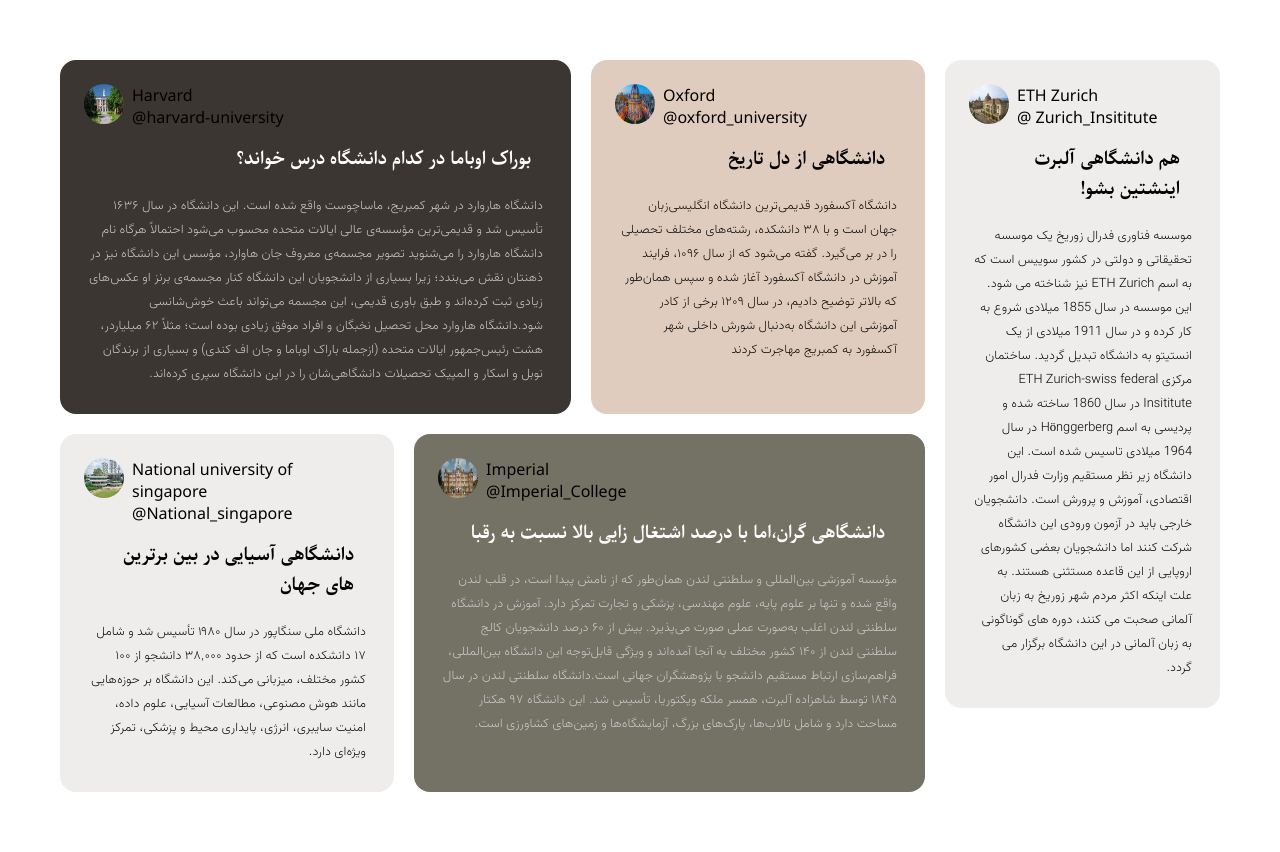
Repository: rahanwz/cards
Page: cards.html
The author's editor kept a copy of each file at every save. The page is drawn from the files as they stood at one save, then again after a run of saves.
The browser window is 1280 px wide. The pictures show the whole page.

Above is the page before, as saved 2024-02-17 16:55:22.

### cards.html
<!DOCTYPE html>
<html lang="en">
  <head>
    <meta charset="UTF-8" />
    <meta name="viewport" content="width=device-width, initial-scale=1.0" />
    <title>Document</title>
    <link rel="stylesheet" href="cards.css" />
  </head>
  <body>
    <div class="container">
      <div class="boxcard1">
        <div class="cardcontainer big-card">
          <div class="card1">
            <div class="head">
              <div class="profile">
                <div class="profilecontaner">
                  <img
                    src="harvard-university-6591e0b9df73096be8d614ee.webp"
                    alt=""
                  />
                </div>
              </div>

              <div>
                <div class="user">Harvard</div>
                <div class="id">@harvard-university</div>
              </div>
            </div>
            <div class="descrip1" style="color: #ffffff;">بوراک اوباما در کدام دانشگاه درس خواند؟</div>
            <div class="descrip2" style=" color: #d0d0d0;">
              دانشگاه هاروارد در شهر کمبریج، ماساچوست واقع شده است. این دانشگاه
              در سال ۱۶۳۶ تأسیس شد و قدیمی‌ترین مؤسسه‌ی عالی ایالات متحده محسوب
              می‌شود احتمالاً هرگاه نام دانشگاه هاروارد را می‌شنوید تصویر
              مجسمه‌ی معروف جان هاوارد، مؤسس این دانشگاه نیز در ذهنتان نقش
              می‌بندد؛ زیرا بسیاری از دانشجویان این دانشگاه کنار مجسمه‌ی برنز او
              عکس‌های زیادی ثبت کرده‌اند و طبق باوری قدیمی، این مجسمه می‌تواند
              باعث خوش‌شانسی شود.دانشگاه هاروارد محل تحصیل نخبگان و افراد موفق
              زیادی بوده است؛ مثلاً ۶۲ میلیاردر، هشت‌ رئیس‌جمهور ایالات متحده
              (ازجمله باراک اوباما و جان اف کندی) و بسیاری از برندگان نوبل و
              اسکار و المپیک تحصیلات دانشگاهی‌شان را در این دانشگاه سپری
              کرده‌اند.
            </div>
          </div>
        </div>

        <div class="cardcontainer small-card">
          <div class="card2">
            <div class="head">
              <div class="profile">
                <div class="profilecontaner">
                  <img
                    src="oxford-university-jpg-6591b422df73096be8d6145c.webp"
                    alt=""
                  />
                </div>
              </div>
              <div>
                <div class="user">Oxford</div>
                <div class="id">@oxford_university</div>
              </div>
            </div>
            <div class="descrip1">دانشگاهی از دل تاریخ</div>
            <div class="descrip2">
              دانشگاه آکسفورد قدیمی‌ترین دانشگاه انگلیسی‌زبان جهان است و با ۳۸
              دانشکده، رشته‌های مختلف تحصیلی را در بر می‌گیرد. گفته می‌شود که از
              سال ۱۰۹۶، فرایند آموزش در دانشگاه آکسفورد آغاز شده و سپس همان‌طور
              که بالاتر توضیح دادیم، در سال ۱۲۰۹ برخی از کادر آموزشی این دانشگاه
              به‌دنبال شورش داخلی شهر آکسفورد به کمبریج مهاجرت کردند
            </div>
          </div>
        </div>

        <div class="cardcontainer small-card">
          <div class="card3">
            <div class="head">
              <div class="profile">
                <div class="profilecontaner">
                  <img src="nus-6591f1acdf73096be8d61515.webp" alt="" />
                </div>
              </div>

              <div>
                <div class="user">National university of singapore</div>
                <div class="id">@National_singapore</div>
              </div>
            </div>
            <div class="descrip1">دانشگاهی آسیایی در بین برترین های جهان</div>
            <div class="descrip2">
              دانشگاه ملی سنگاپور در سال ۱۹۸۰ تأسیس شد و شامل ۱۷ دانشکده‌ است که
              از حدود ۳۸٬۰۰۰ دانشجو از ۱۰۰ کشور مختلف، میزبانی می‌کند. این
              دانشگاه بر حوزه‌هایی مانند هوش مصنوعی، مطالعات آسیایی، علوم داده،
              امنیت سایبری، انرژی، پایداری محیط و پزشکی، تمرکز ویژه‌ای دارد.
            </div>
          </div>
        </div>
        <div class="cardcontainer big-card">
          <div class="card4">
            <div class="head">
              <div class="profile">
                <div class="profilecontaner">
                  <img
                    src="imperial-college-london-6591e911df73096be8d614fb.webp"
                    alt=""
                  />
                </div>
              </div>

              <div>
                <div class="user">Imperial</div>
                <div class="id">@Imperial_College</div>
              </div>
            </div>
            <div class="descrip1" style="color: #ffffff;">
              دانشگاهی گران،اما با درصد اشتغال زایی بالا نسبت به رقبا
            </div>
            <div class="descrip2" style="color: #cfcfcf;">
              مؤسسه آموزشی بین‌المللی و سلطنتی لندن همان‌طور که از نامش پیدا
              است، در قلب لندن واقع شده و تنها بر علوم پایه، علوم مهندسی، پزشکی
              و تجارت تمرکز دارد. آموزش در دانشگاه سلطنتی لندن اغلب به‌صورت عملی
              صورت می‌پذیرد. بیش از ۶۰ درصد دانشجویان کالج سلطنتی لندن از ۱۴۰
              کشور مختلف به آنجا آمده‌اند و ویژگی قابل‌توجه این دانشگاه
              بین‌المللی، فراهم‌سازی ارتباط مستقیم دانشجو با پژوهشگران جهانی
              است.دانشگاه سلطنتی لندن در سال ۱۸۴۵ توسط شاهزاده آلبرت، همسر ملکه
              ویکتوریا، تأسیس شد. این دانشگاه ۹۷ هکتار مساحت دارد و شامل
              تالاب‌ها، پارک‌های بزرگ، آزمایشگاه‌ها و زمین‌های کشاورزی است.
            </div>
          </div>
        </div>
      </div>
      <div class="boxcard2">
        <div class="cardcontainer">
          <div class="card5">
            <div class="head">
              <div class="profile">
                <div class="profilecontaner">
                  <img src="zurich-eth-6591f083df73096be8d6150c.webp" alt="" />
                </div>
              </div>

              <div>
                <div class="user">ETH Zurich</div>
                <div class="id">@ Zurich_Insititute</div>
              </div>
            </div>
            <div class="descrip1" ">هم دانشگاهی آلبرت اینشتین بشو!</div>
            <div class="descrip2">
              موسسه فناوری فدرال زوریخ یک موسسه تحقیقاتی و دولتی در کشور سوییس
              است که به اسم ETH Zurich نیز شناخته می شود. این موسسه در سال 1855
              میلادی شروع به کار کرده و در سال 1911 میلادی از یک انستیتو به
              دانشگاه تبدیل گردید. ساختمان مرکزی ETH Zurich-swiss federal
              Insititute در سال 1860 ساخته شده و پردیسی به اسم Hönggerberg در
              سال 1964 میلادی تاسیس شده است. این دانشگاه زیر نظر مستقیم وزارت
              فدرال امور اقتصادی، آموزش و پرورش است. دانشجویان خارجی باید در
              آزمون ورودی این دانشگاه شرکت کنند اما دانشجویان بعضی کشورهای
              اروپایی از این قاعده مستثنی هستند. به علت اینکه اکثر مردم شهر
              زوریخ به زبان آلمانی صحبت می کنند، دوره های گوناگونی به زبان
              آلمانی در این دانشگاه برگزار می گردد.
            </div>
          </div>
        </div>
      </div>
    </div>
  </body>
</html>

### cards.css
* {
  padding: 0;
  margin: 0;
  box-sizing: border-box;
}

.container {
  display: flex;
  flex-direction: column;
  width: 100%;
  height: auto;
  padding: 3rem 2.5rem;
}

.head {
  display: flex;
}

.cardcontainer {
  width: 100%;
  padding: 10px;
}

.card1 {
  background-color: #3c3633;
  padding: 1.5rem;
  border-radius: 1rem;
}
.profile img {
  width: 40px;
  height: 40px;
  margin-right: 0.5rem;
  border-radius: 50%;
}

.descrip {
  padding-top: 1.5rem;
}

.card2 {
  background-color: #e0ccbe;
  padding: 1.5rem;
  border-radius: 1rem;
}
.card3 {
  background-color: #eeedeb;
  padding: 1.5rem;
  border-radius: 1rem;
}
.card4 {
  padding: 1.5rem;
  border-radius: 1rem;
  background-color: #747264;
}

.card5 {
  background-color: #eeedeb;
  padding: 1.5rem;
  border-radius: 1rem;
}

@media (min-width: 1024px) {
  .container {
    flex-direction: row;
    padding: 50px;
    height: 100%;
  }

  .boxcard1 {
    display: flex;
    width: 75%;
    height:20%;
    flex-wrap: wrap;

  }

  .boxcard2 {
    width: 25%;
     height: 65%;
  }

  .big-card {
    width:60%;
  }
  .small-card {
    width:40%;
  }
  .card1,.card2,.card3,.card4,.card5{
    height: 100%;
  }

.descrip1,
.descrip2 {
  direction: rtl;
}

.descrip1{
 font-size: 1.1rem;
 padding: 1rem;
 font-family: titr;
}

.descrip2{
  padding: .25rem;
  font-size:.80rem;
  line-height:1.5rem;
  font-family:des;
}
.user{
  font-family: 'Segoe UI', Tahoma, Geneva, Verdana, sans-serif;
}
.id{
  font-family: 'Segoe UI', Tahoma, Geneva, Verdana, sans-serif;
}

}


@font-face{
  font-family:titr;
  src: url(font/Parastoo-Bold-FD-WOL.woff);
}



@font-face{
  font-family:des;
  src: url(font/Vazir-Thin.woff2);
}

After the next 2 saves:
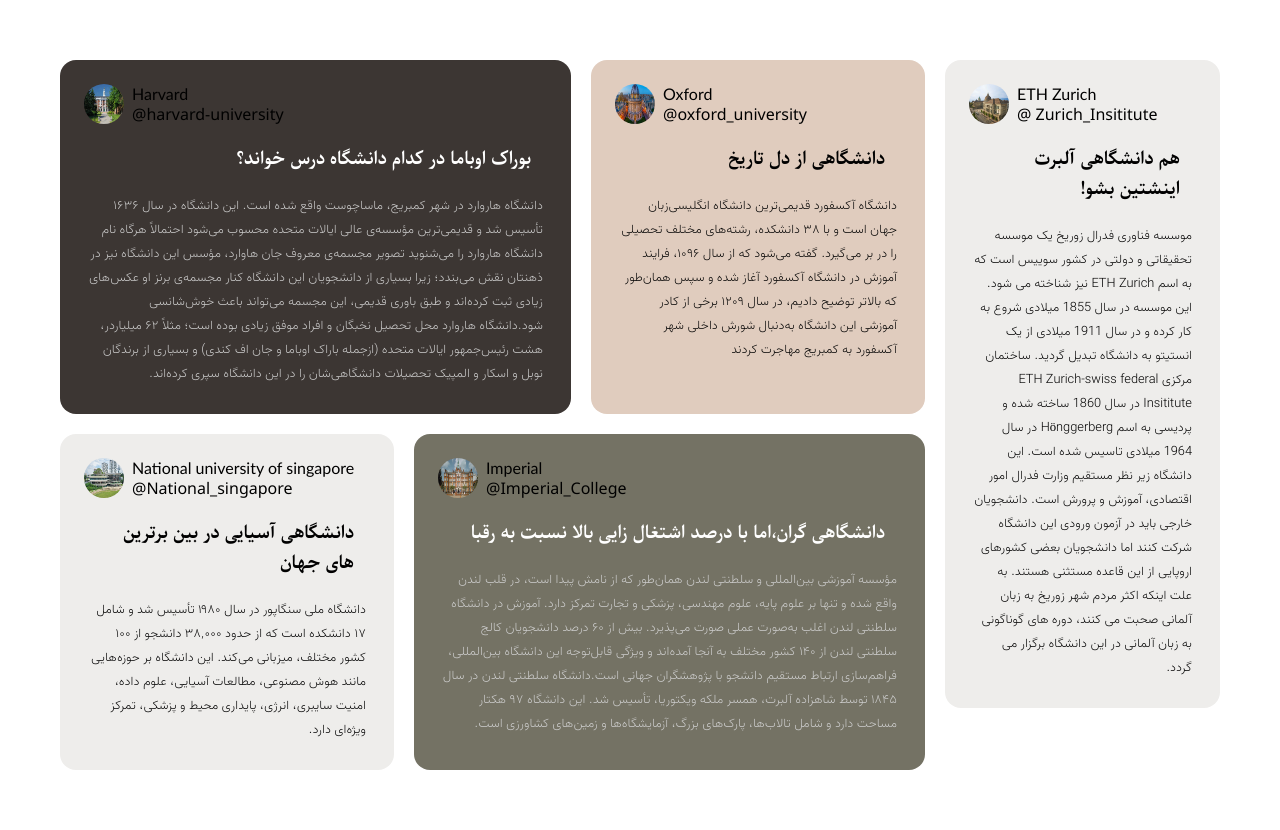
The 2 saves are shown as one change because they came seconds apart.
The last was saved 19 s later.
--- a/cards.css
+++ b/cards.css
@@ -107,7 +107,7 @@
   font-family:des;
 }
 .user{
-  font-family: 'Segoe UI', Tahoma, Geneva, Verdana, sans-serif;
+  font-family:'Trebuchet MS', 'Lucida Sans Unicode', 'Lucida Grande', 'Lucida Sans', Arial, sans-serif;
 }
 .id{
   font-family: 'Segoe UI', Tahoma, Geneva, Verdana, sans-serif;
